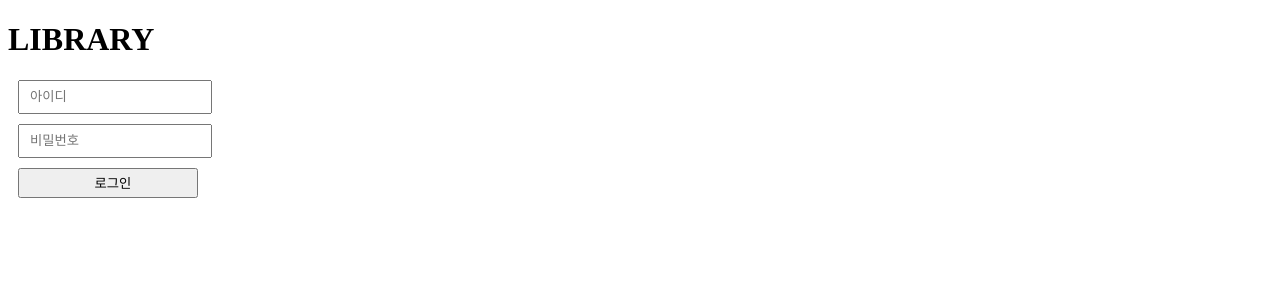
Repository: 753kg/753kg.github.io
Page: KOSTA/webProject/WebContent/project_library/lib_login.html
An editor plug-in stored every save of this project. The page is shown before and after the next save, followed by the edit.
The browser window is 1280 px wide. The pictures show the whole page.

Above is the page before, as saved 2021-03-31 08:24:26.

After the next save:
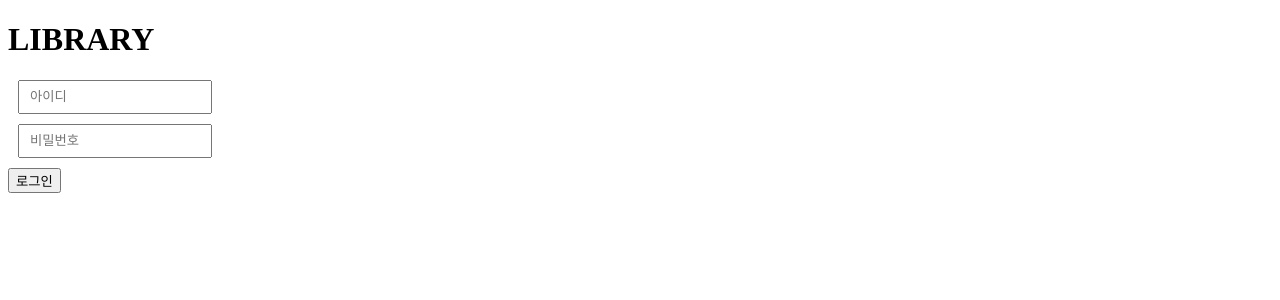
Saved 2 min 4 s later.
--- a/KOSTA/webProject/WebContent/project_library/lib_login.html
+++ b/KOSTA/webProject/WebContent/project_library/lib_login.html
@@ -9,9 +9,12 @@
 <main>
 <h1>LIBRARY</h1>
 <form action="lib_login.jsp" method="post">
-  <div>
+  <div class="id_area">
   	<input type="text" id="userid" name="userid" placeholder="아이디">
+  </div>
+  <div class="pw_area">
   	<input type="password" id="userpw" name="userpw" placeholder="비밀번호">
+  </div>
     <input type="submit" value="로그인">
   </div>
 

After the save that followed:
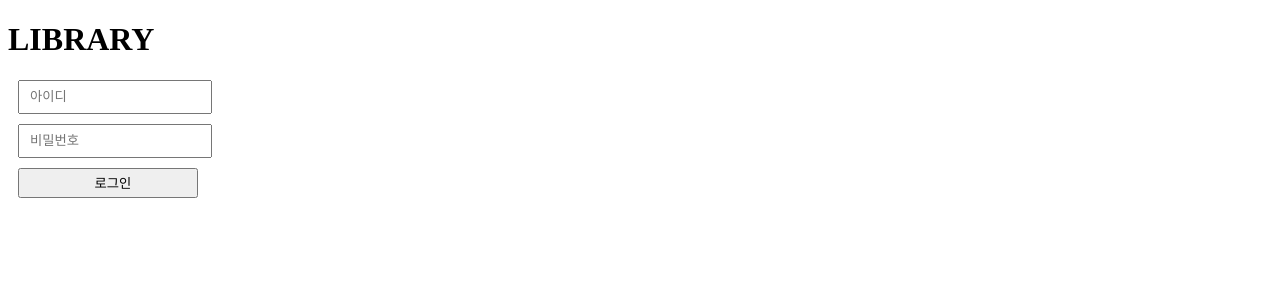
Saved 4 s later.
--- a/KOSTA/webProject/WebContent/project_library/lib_login.html
+++ b/KOSTA/webProject/WebContent/project_library/lib_login.html
@@ -15,6 +15,7 @@
   <div class="pw_area">
   	<input type="password" id="userpw" name="userpw" placeholder="비밀번호">
   </div>
+  <div>
     <input type="submit" value="로그인">
   </div>
 
